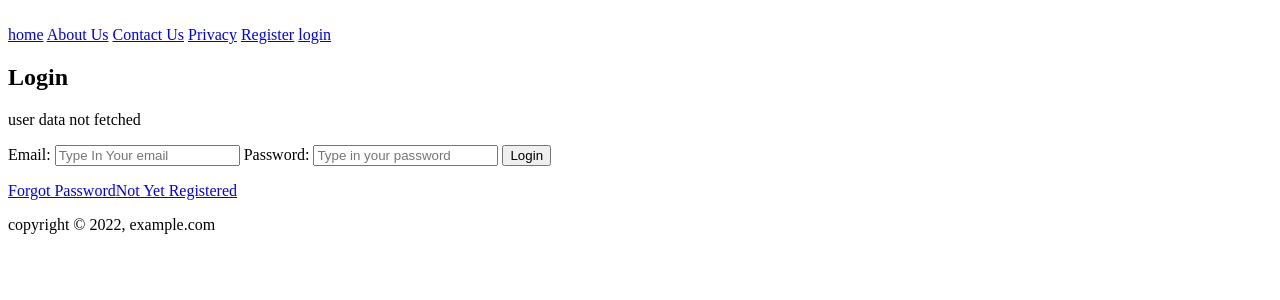
Repository: bejibay/CMS-and-Comment-System
Page: http://localhost/Contentgo/login
The author's editor kept a copy of each file at every save. The page is drawn from the files as they stood at one save, then again after a run of saves.
The browser window is 1280 px wide. The pictures show the whole page.
The page is run by PHP 8.4 with error messages shown; the project is at /var/www/html/. Queries for data that is not in the repository find no rows.

Above is the page before, as saved 2022-11-21 18:14:02.

After the next 2 saves:
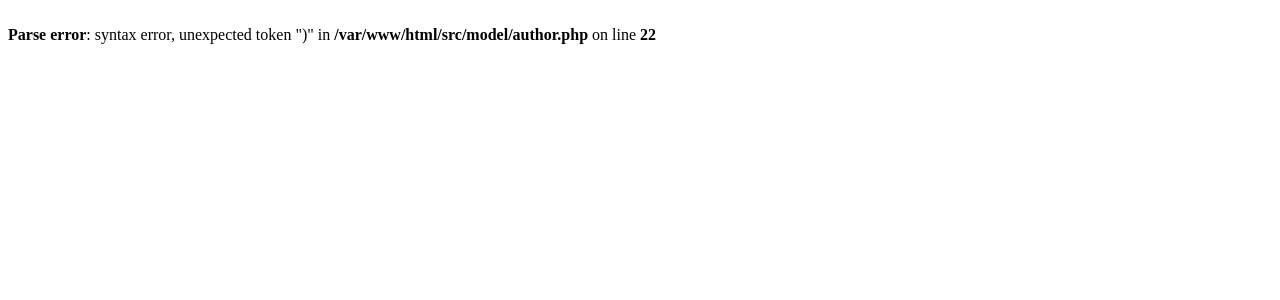
The 2 saves are shown as one change because they came seconds apart.
The last was saved 28 s later.
--- a/src/model/author.php
+++ b/src/model/author.php
@@ -19,7 +19,7 @@ public function __construct($data=array()){
 parent::__construct();
 if(isset($data['id']) && is_int($data['id']))$this->id=$data['id'];
 if(isset($data['biography']))$this->biography=trim(stripslashes(htmlspecialchars($data['biography'])));
-if(isset($data['userdata_id']))$this->userdata_id=int($data['userdata_id']);
+if(isset($data['userdata_id']) && )$this->userdata_id=int($data['userdata_id']);
 if(isset($data['created']))$this->created=$data['created'];
 if(isset($data['updated']))$this->created=$data['created'];
 if(isset($data['ipaddress']))$this->ipaddress = $data['ipaddress'];
